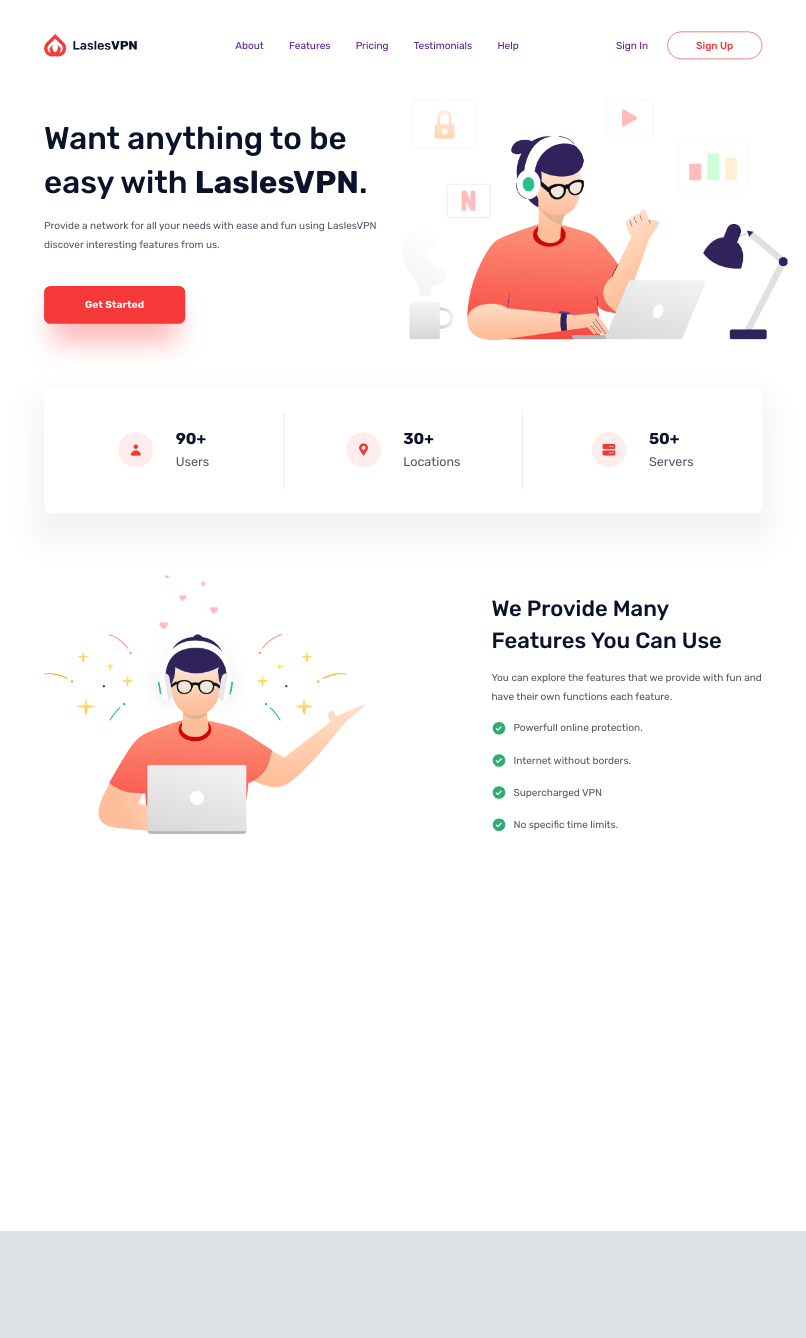
Repository: dangpham205/LaslesVPN-Landing-Page
Page: index.html
An editor plug-in stored every save of this project. The page is shown before and after the next save, followed by the edit.
The browser window is 1280 px wide. The pictures show the whole page, at 63% of full size.

Above is the page before, as saved 2022-07-20 11:20:30.

### index.html
<!DOCTYPE html>
<html lang="en">
<head>
    <meta charset="UTF-8">
    <meta http-equiv="X-UA-Compatible" content="IE=edge">
    <meta name="viewport" content="width=device-width, initial-scale=1.0">
    <title>Lasles</title>
    <link rel="preconnect" href="https://fonts.googleapis.com" />
    <link rel="preconnect" href="https://fonts.gstatic.com" crossorigin />
    <link
      href="https://fonts.googleapis.com/css2?family=Rubik:wght@400;500;700&display=swap"
      rel="stylesheet"
    />
    <link rel="stylesheet" href="./assets/css/style.css">
</head>
<body>
    <div class="wrapper">

        <!-- Menu -->
        <header class="menu">
            <div class="container">
                <div class="menu__container">
                    <img srcset="./assets/img/logo.png 2x" alt="" class="menu__logo" />
                    <div class="menu__list">
                        <div class="menu__item">
                            <a href="" class="menu__item-link">About</a>
                        </div>
                        <div class="menu__item">
                            <a href="" class="menu__item-link">Features</a>
                        </div>
                        <div class="menu__item">
                            <a href="" class="menu__item-link">Pricing</a>
                        </div>
                        <div class="menu__item">
                            <a href="" class="menu__item-link">Testimonials</a>
                        </div>
                        <div class="menu__item">
                            <a href="" class="menu__item-link">Help</a>
                        </div>
                    </div>
                    <div class="menu__buttons">
                        <a href="" class="menu__button--sign-in">Sign In</a>
                        <a href="" class="button button--outline menu__button--sign-up">Sign Up</a>
                    </div>
                </div>
            </div>
        </header>

        <main>
            <!-- hero -->
            <section class="hero">
                <div class="container">
                    <div class="hero__container">
                        <div class="hero__content">
                            <h1 class="hero__title">Want anything to be easy with <strong>LaslesVPN</strong>.</h1>
                            <p class="hero__desc text">Provide a network for all your needs with ease and fun using LaslesVPN discover interesting features from us.</p>
                            <a href="" class="button button--primary button--rounded button--shadow">Get Started</a>
                        </div>
                        <div class="hero__image">
                            <img srcset="./assets/img/hero.png 2x" alt="">
                        </div>
                    </div>
                </div>
            </section>


            <!-- info -->
            <section class="info">
                <div class="container">
                    <div class="info__container">
                        <div class="info__item">
                            <div class="info__item-image">
                                <img src="" alt="" srcset="./assets/img/user.png 2x">
                            </div>
                            <div class="info__item-text">
                                <h3 class="info__item-title">90+</h3>
                                <p class="info__item-desc">Users</p>
                            </div>
                        </div>
                        <div class="info__item">
                            <div class="info__item-image">
                                <img src="" alt="" srcset="./assets/img/location.png 2x">
                            </div>
                            <div class="info__item-text">
                                <h3 class="info__item-title">30+</h3>
                                <p class="info__item-desc">Locations</p>
                            </div>
                        </div>
                        <div class="info__item">
                            <div class="info__item-image">
                                <img src="" alt="" srcset="./assets/img/Server.png 2x">
                            </div>
                            <div class="info__item-text">
                                <h3 class="info__item-title">50+</h3>
                                <p class="info__item-desc">Servers</p>
                            </div>
                        </div>
                    </div>
                </div>
            </section>

            <!-- feature -->
            <section class="feature">
                <div class="container">
                    <div class="feature__container">
                        <div class="feature__image">
                            <img src="" alt="" srcset="./assets/img/feature.png 2x">
                        </div>
                        <div class="feature__content">
                            <h3 class="feature__title heading">We Provide Many Features You Can Use</h3>
                            <p class="feature__desc text">You can explore the features that we provide with fun and have their own functions each feature.

                            </p>
                            <ul class="feature__list">
                                <li class="feature__item">
                                    <img src="./assets/img/ic-check.svg" alt="" class="feature__item-icon">
                                    <span class="feature__item-text">Powerfull online protection.</span>
                                </li>
                                <li class="feature__item">
                                    <img src="./assets/img/ic-check.svg" alt="" class="feature__item-icon">
                                    <span class="feature__item-text">Internet without borders.</span>
                                </li>
                                <li class="feature__item">
                                    <img src="./assets/img/ic-check.svg" alt="" class="feature__item-icon">
                                    <span class="feature__item-text">Supercharged VPN</span>
                                </li>
                                <li class="feature__item">
                                    <img src="./assets/img/ic-check.svg" alt="" class="feature__item-icon">
                                    <span class="feature__item-text">No specific time limits.</span>
                                </li>
                            </ul>
                        </div>

                    </div>
                </div>
            </section>

            <div class="container" style="height: 500px;"></div>
        </main>


        <footer>

        </footer>

    </div>
</body>
</html>

### assets/css/style.css
html {
  box-sizing: border-box;
}

* {
  margin: 0;
  padding: 0;
}

*,
*:before,
*:after {
  box-sizing: border-box;
}

input,
textarea,
select,
button {
  outline: none;
}

input {
  line-height: normal;
}

label,
button {
  cursor: pointer;
}

a {
  text-decoration: none;
}

img {
  display: block;
  max-width: 100%;
}

ul {
  list-style: none;
}

body {
  line-height: 1;
  font-family: "Rubik", sans-serif;
  color: #4f5665;
  font-weight: 400;
  background-color: white;
}

button {
  cursor: pointer;
  outline: none;
  border: none;
  font-family: "Rubik", sans-serif;
}

.wrapper {
  max-width: 100%;
  margin: 0 auto;
}

.container {
  max-width: 1140px;
  margin: 0 auto;
}

.button {
  display: inline-block;
  padding: 13px 45px;
  border-radius: 100rem;
  font-family: "Rubik", sans-serif;
  line-height: 1;
  font-size: 16px;
  cursor: pointer;
  border: none;
  outline: none;
  text-align: center;
  white-space: nowrap;
}
.button--primary {
  font-weight: 700;
  background-color: #f53838;
  color: white;
}
.button--outline {
  background-color: transparent;
  color: #f53838;
  font-weight: 500;
  border: 1px solid;
}
.button--rounded {
  border-radius: 10px;
  padding: 22px 65px;
}
.button--rectangle {
  border-radius: 10px;
  min-width: 250px;
}
.button--shadow {
  position: relative;
}
.button--shadow:after {
  content: "";
  position: absolute;
  top: 0;
  left: 50%;
  width: 90%;
  height: 100%;
  transform: translate(-50%, 50%);
  background-color: rgba(245, 56, 56, 0.35);
  filter: blur(20px);
  border-radius: inherit;
  z-index: -1;
}

.boxed {
  max-width: 555px;
  margin-left: auto;
  margin-right: auto;
  text-align: center;
}

@media screen and (max-width: 767px) {
  .button {
    padding: 13px 26px;
  }
  .container {
    padding: 0 20px;
  }
}
@media screen and (max-width: 1024px) {
  .container {
    padding: 0 40px;
  }
}
h1,
h2,
h3,
h4,
h5,
h6 {
  color: #0b132a;
  font-weight: bold;
}

.heading {
  font-weight: 500;
  font-size: 35px;
  line-height: 1.4285714286;
  margin-bottom: 20px;
}

.heading-small {
  font-weight: 500;
  font-size: 18px;
  margin-bottom: 5px;
  line-height: 1.6666666667;
}

.text {
  line-height: 1.875;
}

.text-medium {
  font-weight: 500;
}

.text-small {
  font-size: 14px;
  line-height: 2.1428571429;
}

@media screen and (max-width: 767px) {
  .heading {
    font-size: 30px;
  }
}
.menu {
  padding-top: 50px;
  padding-bottom: 90px;
}
.menu__container {
  display: flex;
  justify-content: space-between;
  align-items: center;
}
.menu__list {
  display: flex;
}
.menu__item + .menu__item {
  margin-left: 40px;
}
.menu__buttons {
  display: flex;
  align-items: center;
}
.menu__button--sign-in {
  margin-right: 30px;
}

@media screen and (max-width: 1023.98px) {
  .menu__list {
    display: none;
  }
}
.hero {
  padding-bottom: 100px;
}
.hero__container {
  display: flex;
  justify-content: space-between;
  align-items: center;
  gap: 0 40px;
  position: relative;
}
.hero__content {
  max-width: 555px;
  width: 100%;
  margin-right: 40px;
}
.hero__title {
  font-weight: 500;
  font-size: 50px;
  line-height: 1.4;
  color: #0b132a;
}
.hero__desc {
  margin: 20px 0 50px 0;
}
.hero__image {
  position: absolute;
  right: 0;
  top: 50%;
  transform: translate(40px, -50%);
}

.info {
  margin-bottom: 95px;
}
.info__container {
  display: grid;
  grid-template-columns: repeat(3, 1fr);
  border-radius: 10px;
  min-height: 200px;
  box-shadow: 0 30px 50px 20px rgba(13, 16, 37, 0.05);
}
.info__item {
  display: flex;
  justify-content: center;
  align-items: center;
  position: relative;
}
.info__item:nth-child(2)::after {
  content: "";
  position: absolute;
  height: 126px;
  border-left: 2px solid #EEEFF2;
  left: 0;
}
.info__item:nth-child(2)::before {
  content: "";
  position: absolute;
  height: 126px;
  border-left: 2px solid #EEEFF2;
  right: 0;
}
.info__item-text {
  margin-left: 36px;
}
.info__item-title {
  margin-bottom: 5px;
  font-size: 25px;
  font-weight: 700;
  line-height: 1.2;
}
.info__item-desc {
  font-size: 20px;
  font-weight: 400;
  line-height: 1.5;
}

.feature {
  padding-bottom: 130px;
}
.feature__container {
  display: flex;
  justify-content: space-between;
  align-items: flex-end;
  gap: 0 170px;
}
.feature__title {
  max-width: 380px;
}
.feature__desc {
  max-width: 430px;
  margin-bottom: 20px;
}
.feature__list {
  display: flex;
  flex-direction: column;
  gap: 21px;
}
.feature__item {
  display: flex;
}
.feature__item-icon {
  margin-right: 10px;
}
.feature__item-text {
  line-height: 30px;
}

.plan {
  padding: 80px 0 150px 0;
  background-color: #f8f8f8;
}
.plan__header {
  display: flex;
  flex-direction: column;
  align-items: center;
  justify-content: center;
}
.plan__desc {
  max-width: 555px;
  text-align: center;
  margin-bottom: 60px;
}
.plan__list {
  display: grid;
  grid-template-columns: repeat(3, 1fr);
  gap: 0 50px;
}
.plan__item {
  display: flex;
  flex-direction: column;
  justify-content: center;
  align-items: center;
  background-color: white;
  padding: 80px 70px 50px;
  border-radius: 10px;
  border: 2px solid #DDDDDD;
}
.plan__item-image {
  margin-bottom: 30px;
  margin-left: auto;
  margin-right: auto;
}
.plan__item-title {
  margin-bottom: 30px;
}
.plan__item-details {
  margin-bottom: 50px;
  display: flex;
  flex-direction: column;
  gap: 10px 0;
}
.plan__item-detail {
  display: flex;
  gap: 0 25px;
  font-weight: 400;
  font-size: 14px;
  line-height: 30px;
  align-items: center;
}
.plan__item-price {
  margin-top: auto;
  margin-bottom: 20px;
}
.plan__item--active, .plan__item:hover {
  border-color: #f53838;
}
.plan__item--active .plan__item-btn, .plan__item:hover .plan__item-btn {
  background-color: #f53838;
  color: white;
}

.location {
  background-color: #f8f8f8;
  padding-bottom: 50px;
}
.location__container {
  display: flex;
  flex-direction: column;
  align-items: center;
  text-align: center;
}
.location__title {
  max-width: 380px;
}
.location__desc {
  max-width: 555px;
  margin-bottom: 150px;
}
.location__partners {
  display: flex;
  align-items: center;
  justify-content: center;
  gap: 0 30px;
}

.comment {
  background-color: #f8f8f8;
  padding-bottom: 260px;
}
.comment__container {
  display: flex;
  flex-direction: column;
  align-items: center;
  text-align: center;
}
.comment__title {
  max-width: 445px;
}
.comment__desc {
  max-width: 555px;
  margin-bottom: 60px;
}
.comment .customer-list {
  display: grid;
  grid-template-columns: repeat(3, 1fr);
  gap: 0 50px;
}
.comment .customer-item {
  border: 2px solid #ddd;
  border-radius: 10px;
  padding: 30px;
  margin: 0 25px;
}
.comment .customer-item.slick-current.slick-active {
  border-color: #f53838;
}
.comment .customer-top {
  margin-bottom: 20px;
  display: flex;
  justify-content: space-between;
  align-items: center;
  gap: 0 110px;
}
.comment .customer-info {
  display: flex;
  align-items: center;
  gap: 0 20px;
}
.comment .customer-avatar {
  width: 50px;
  height: 50px;
}
.comment .customer-avatar img {
  width: 100%;
  height: 100%;
  object-fit: cover;
  border-radius: 100rem;
}
.comment .customer-name {
  line-height: 1.6666666667;
  margin-bottom: 5;
}
.comment .customer-address {
  line-height: 1;
  text-align: start;
}
.comment .customer-rating {
  display: flex;
  align-items: center;
  gap: 0 10px;
}
.comment .customer .slick-track {
  display: flex;
  padding-bottom: 60px;
}
.comment .customer .slick-arrow {
  width: 60px;
  height: 60px;
  border-radius: 100rem;
  display: flex !important;
  justify-content: center;
  align-items: center;
  position: absolute;
  bottom: 0;
  transform: translateY(50%);
  z-index: 10;
}
.comment .customer .slick-prev {
  border: 1px solid #f53838;
  background-color: transparent;
  right: 80px;
}
.comment .customer .slick-next {
  background-color: #f53838;
  right: 0;
}
.comment .customer .slick-dots {
  list-style-type: none;
  display: flex;
  align-items: center;
  gap: 0 15px;
  transform: translateY(50%);
}
.comment .customer .slick-dots button {
  font-size: 0;
  background-color: #dde0e4;
  width: 15px;
  height: 15px;
  border-radius: 100rem;
  transition: all 0.2s linear;
}
.comment .customer .slick-dots .slick-active button {
  background-color: #f53838;
  width: 45px;
}

.subscribe {
  background-color: #dde0e4;
}
.subscribe__container {
  position: relative;
  transform: translateY(-50%);
  margin-bottom: -140px;
  display: flex;
  justify-content: space-between;
  align-items: center;
  padding: 58.5px 70px;
  border-radius: 10px;
  background-color: white;
}
.subscribe__title {
  max-width: 370px;
  font-size: 35px;
  line-height: 45px;
  font-weight: 500;
  color: #0b132a;
}
.subscribe__desc {
  line-height: 1;
}

footer {
  padding-top: 70px;
  padding-bottom: 100px;
  background-color: #dde0e4;
}

.footer__container {
  display: flex;
  justify-content: space-between;
  gap: 0 230px;
}
.footer__desc {
  width: 340px;
  line-height: 1.875;
  margin: 20px 0 30px 0;
}
.footer__copyright {
  color: #AFB5C0;
  font-weight: 500;
}
.footer__contacts {
  display: flex;
}
.footer__menu {
  display: flex;
  gap: 0 126px;
}
.footer__category {
  display: flex;
  flex-direction: column;
  gap: 10px 0;
}
.footer__category-title {
  font-size: 18px;
  margin-bottom: 10px;
  line-height: 1.6666666667;
}
.footer__category-option {
  width: max-content;
  font-size: 16px;
  line-height: 1.875;
}

/*# sourceMappingURL=style.css.map */

After the next save:
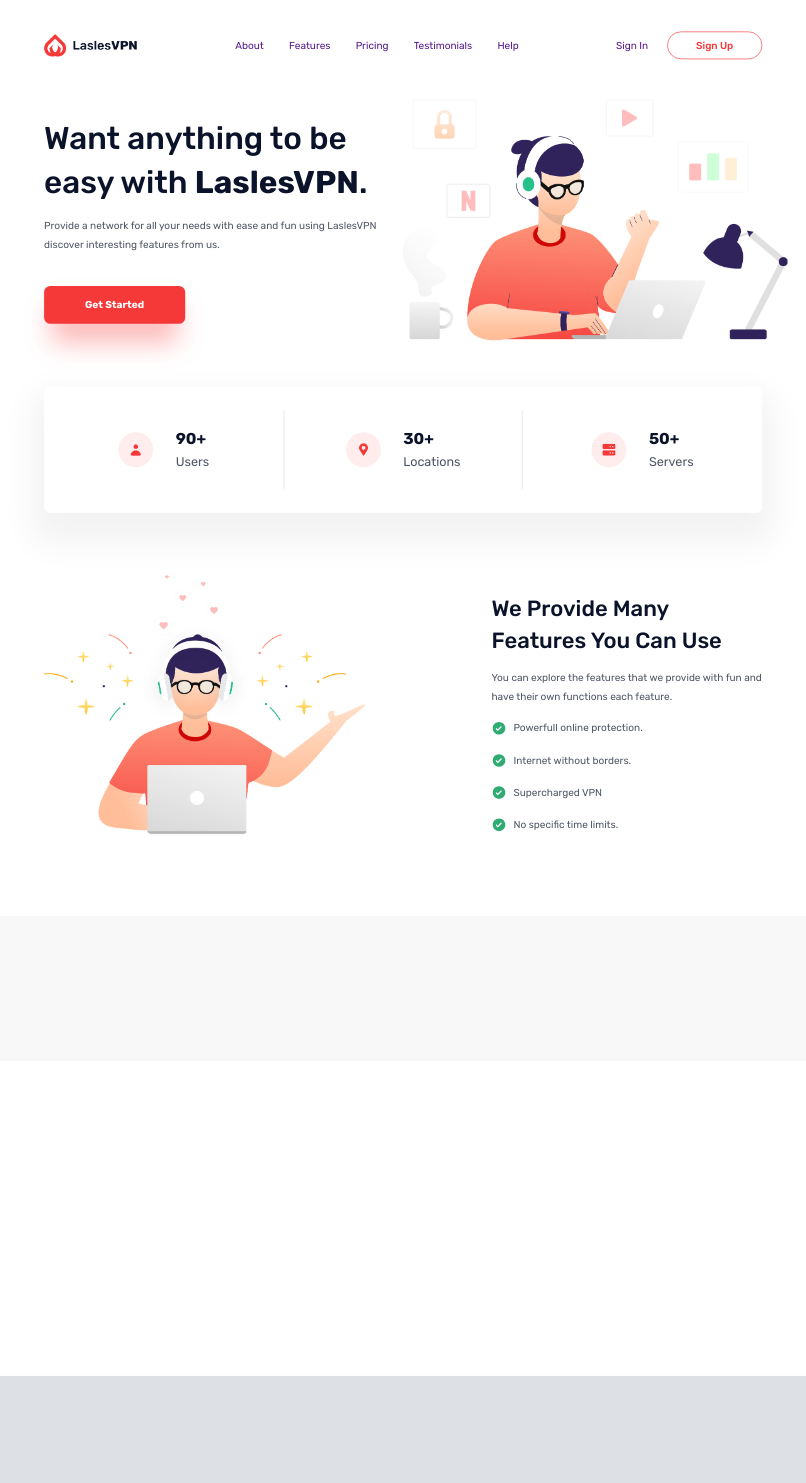
Saved 95 s later.
--- a/index.html
+++ b/index.html
@@ -135,6 +135,14 @@
                 </div>
             </section>
 
+            <section class="plan">
+                <div class="container">
+                    <div class="plan__container">
+
+                    </div>
+                </div>
+            </section>
+
             <div class="container" style="height: 500px;"></div>
         </main>
 
